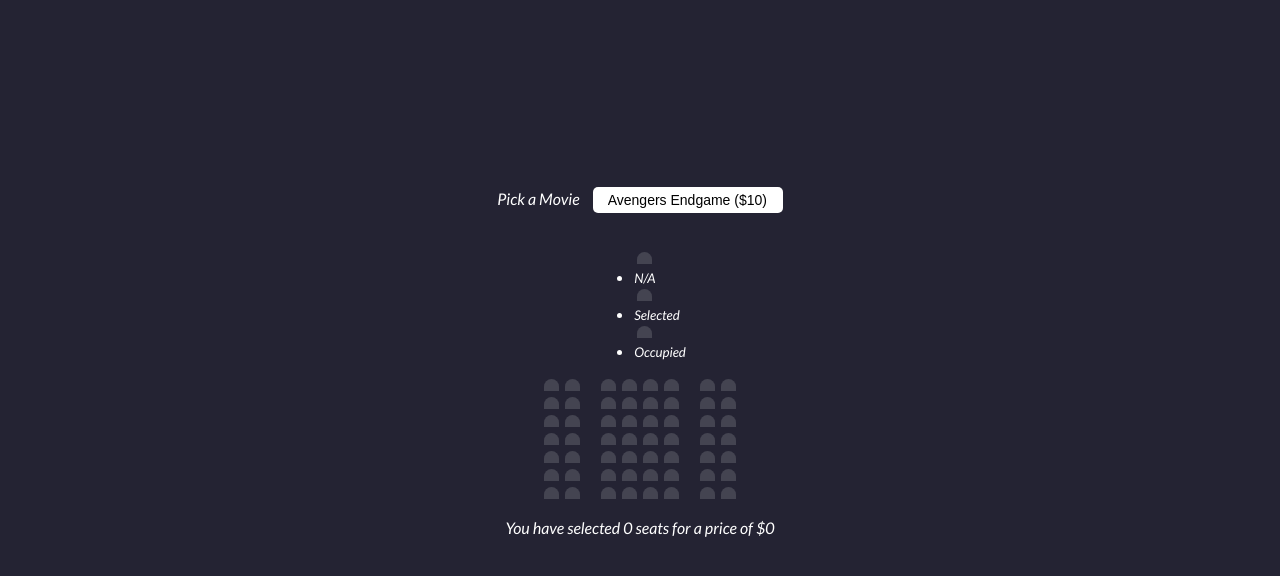
Repository: Izaya171/programming
Page: movieTickets/index.html
These files come from the project's save history. The page is drawn as it stood at one moment and after the next save; the edit follows.
The browser window is 1280 px wide. The pictures show the whole page.

Above is the page before, as saved 2021-09-18 15:20:38.

After the next save:
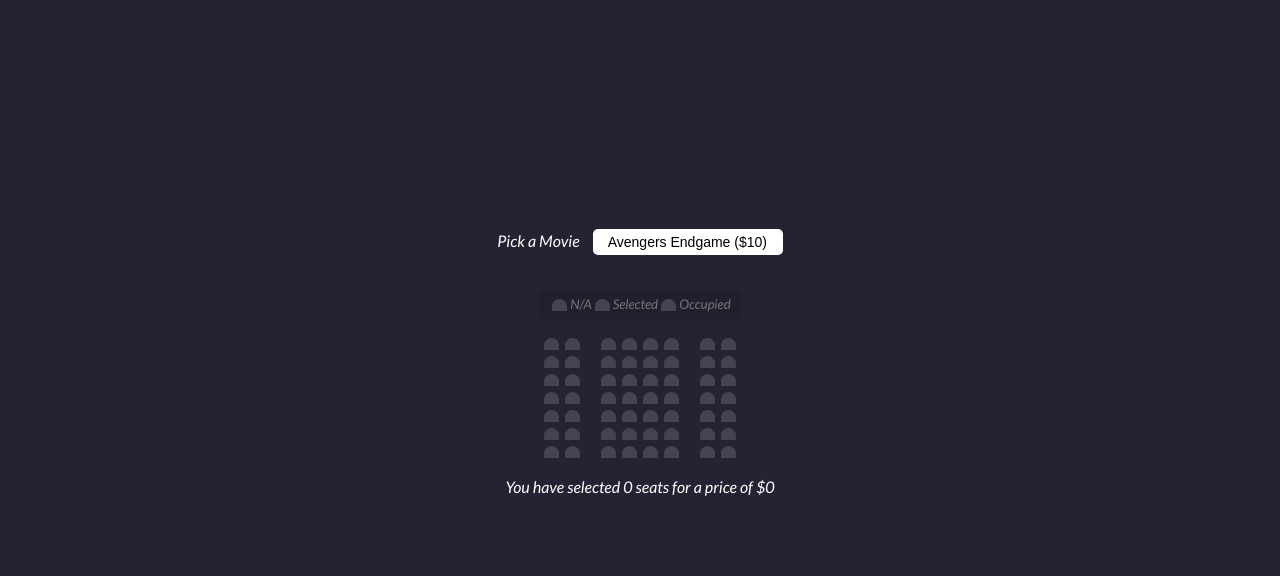
Saved 2 min 3 s later.
--- a/movieTickets/styles.css
+++ b/movieTickets/styles.css
@@ -66,6 +66,20 @@
     transform: scale(1);
 }
 
+.showcase {
+    background-color: rgba(0, 0, 0, 0.1);
+    padding: 5px 10px;
+    border-radius: 5px;
+    color: #777;
+    list-style-type: none;
+    display: flex;
+    justify-content: space-between;
+}
+
+.showcase li {
+    display: flex;
+}
+
 .row {
     display: flex;
 }
